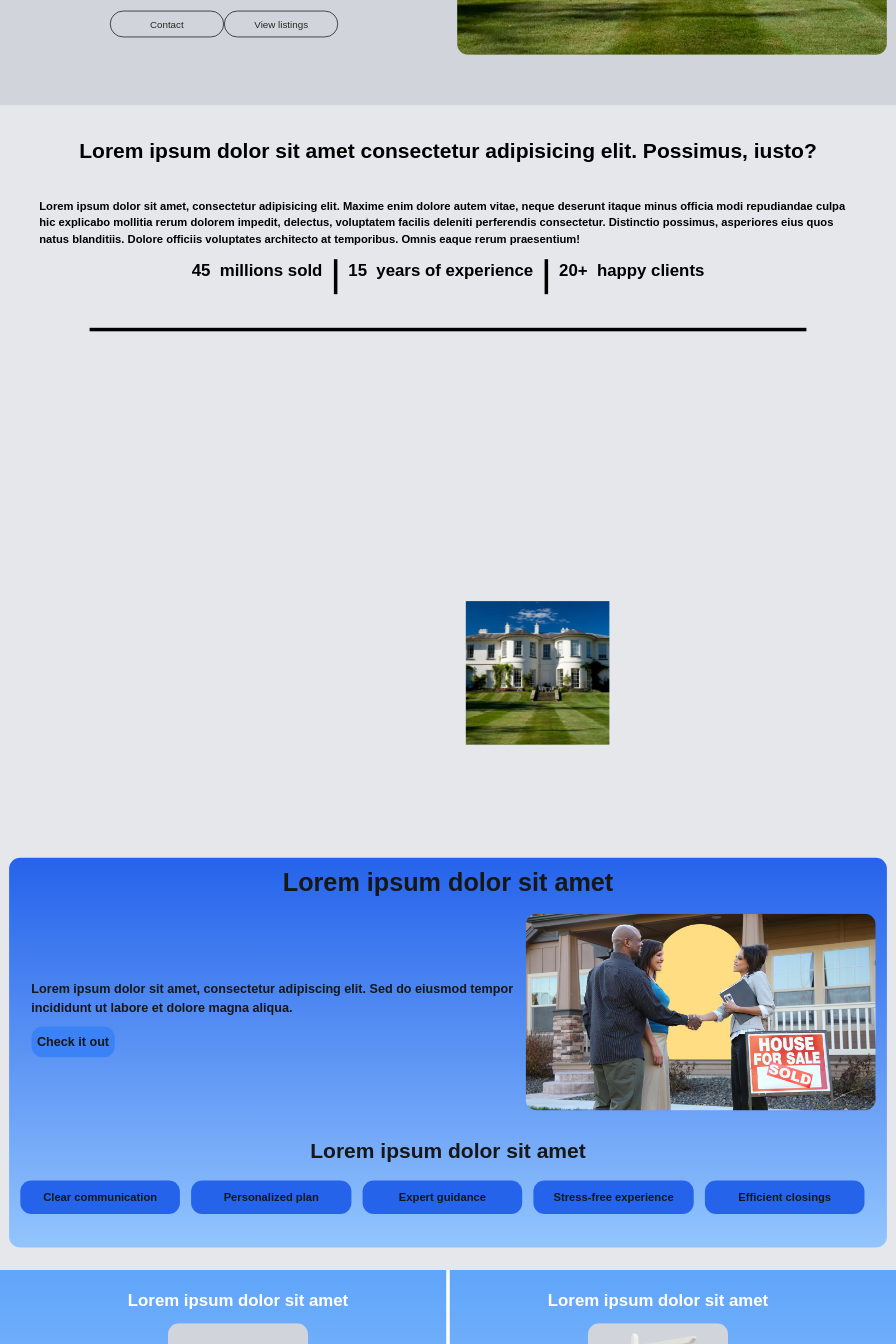
Repository: TMuse333/single-page-real-estate
Page: / (app in frontend/)
These files come from the project's save history. The page is drawn as it stood at one moment and after the next save; the edit follows.
The browser window is 1280 px wide. The pictures show the part of the page from y = 506 to 2426 px (the page is 6112 px tall), at 70% of full size.
The project was rebuilt for these pictures with package versions that can differ from the ones it lists, and the page was loaded fresh each time. The framework's server and built-in components were replaced by stand-ins that run in the browser. Also part of the build but not shown: frontend/next.config.mjs.

Above is the page before, as saved 2024-12-05 15:54:23.

After the next save:
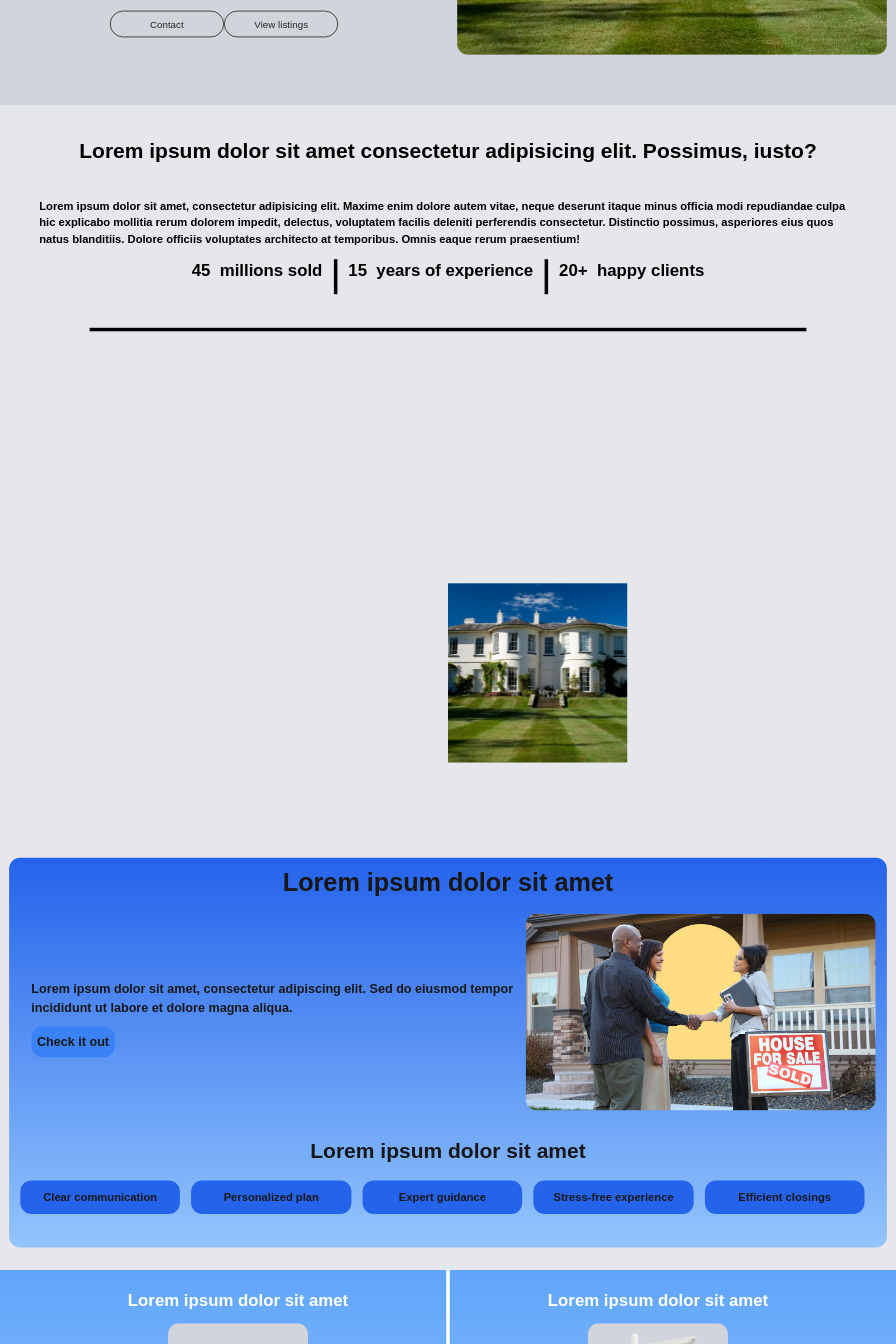
Saved 19 s later.
--- a/frontend/src/components/scaleImage/scaleImage.tsx
+++ b/frontend/src/components/scaleImage/scaleImage.tsx
@@ -17,7 +17,7 @@ const ScaleImage: React.FC<Props> = ({ src, alt }) => {
   });
 
   // Scale from 20vw by 20vw to full width/height
-  const scale = useTransform(scrollYProgress, [0, 1], [0.2, 1]);
+  const scale = useTransform(scrollYProgress, [0, 0.3], [0.2, 1]);
 
   return (
     <section
